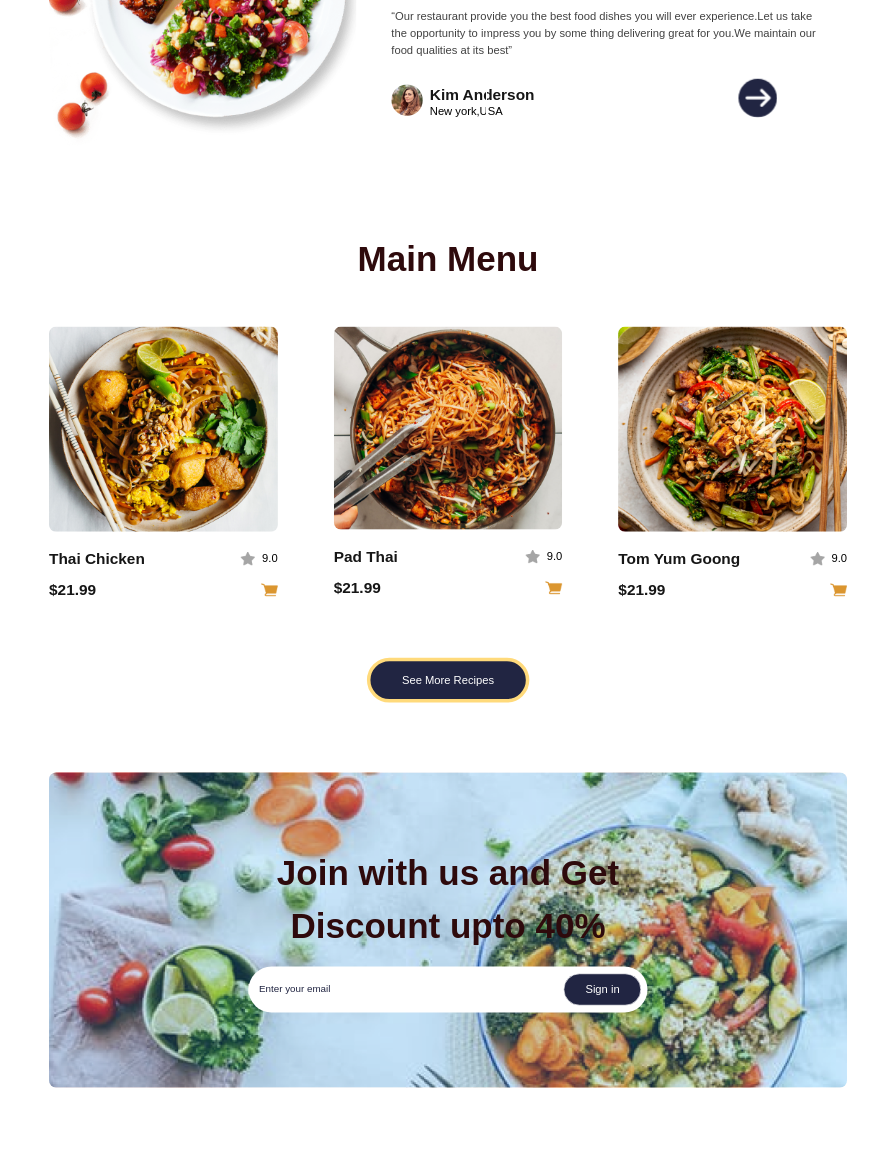
Repository: hoang0508/Figmafood
Page: index.html
These files come from the project's save history. The page is drawn as it stood at one moment and after the next save; the edit follows.
The browser window is 1280 px wide. The pictures show the part of the page from y = 2192 to 4112 px (the page is 3845 px tall before and 4112 px after), at 70% of full size.
Backgrounds fixed to the window are drawn as part of the page. Some web libraries are served in a nearby version. The style sheet was rebuilt from its Sass, Less or Tailwind sources for each picture, by a compiler version that may differ from the author's.

Above is the page before, as saved 2021-11-08 15:46:35.

After the next save:
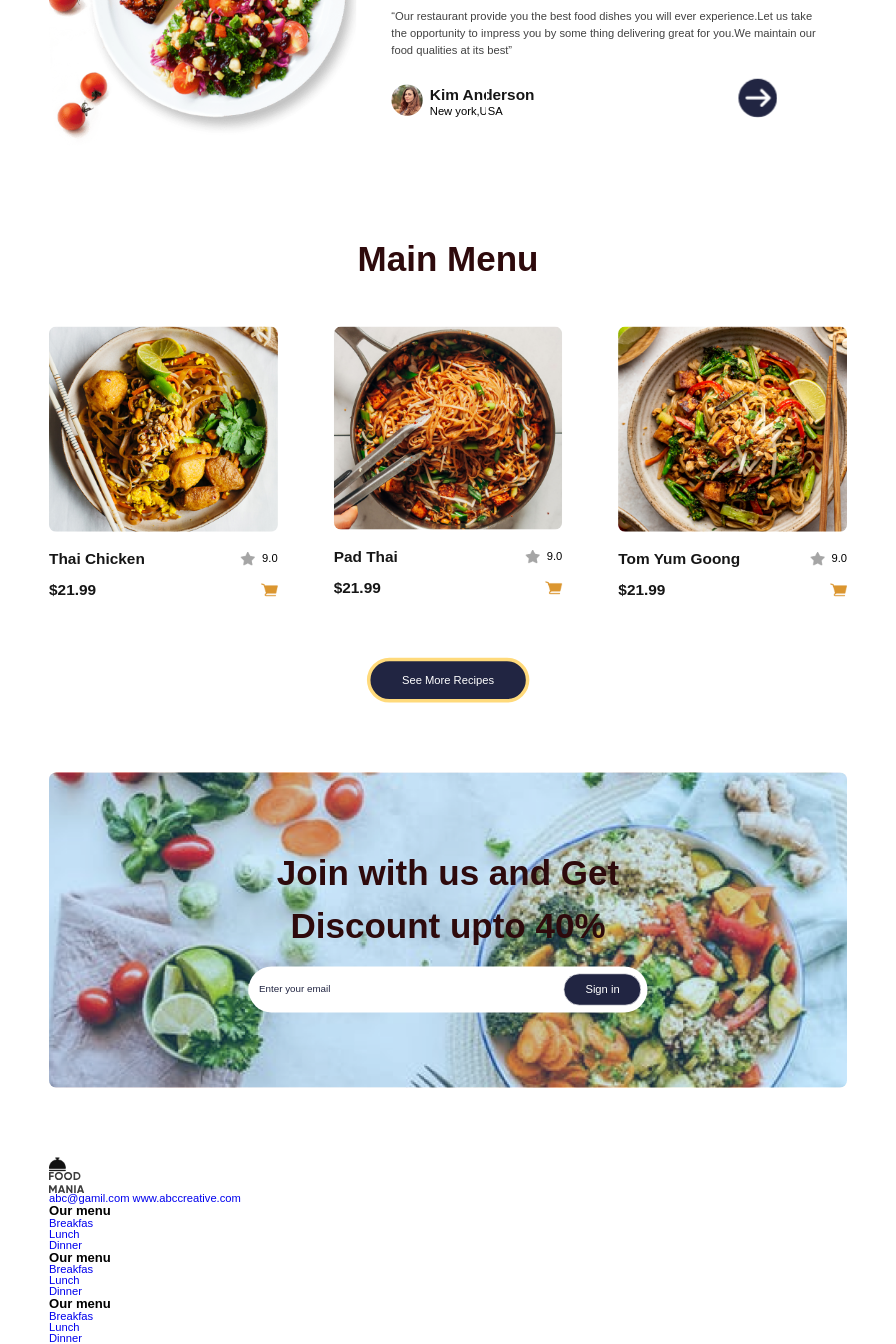
Saved 7 min 45 s later.
--- a/index.html
+++ b/index.html
@@ -330,6 +330,44 @@
           </div>
         </section>
       </main>
+      <footer class="footer">
+        <div class="container">
+          <div class="footer-container">
+            <div class="footer-item">
+              <div class="footer-logo">
+                <img src="./images/logo.png" alt="" />
+                <img src="./images/FOOD MANIA.svg" alt="" />
+              </div>
+              <a href="#" class="footer-gmail"> abc@gamil.com </a>
+              <a href="#" class="footer-ex">www.abccreative.com</a>
+            </div>
+            <div class="footer-item">
+              <h3 class="footer-title">Our menu</h3>
+              <ul class="footer-list">
+                <li><a href="#" class="footer-link">Breakfas</a></li>
+                <li><a href="#" class="footer-link">Lunch</a></li>
+                <li><a href="#" class="footer-link"> Dinner</a></li>
+              </ul>
+            </div>
+            <div class="footer-item">
+              <h3 class="footer-title">Our menu</h3>
+              <ul class="footer-list">
+                <li><a href="#" class="footer-link">Breakfas</a></li>
+                <li><a href="#" class="footer-link">Lunch</a></li>
+                <li><a href="#" class="footer-link"> Dinner</a></li>
+              </ul>
+            </div>
+            <div class="footer-item">
+              <h3 class="footer-title">Our menu</h3>
+              <ul class="footer-list">
+                <li><a href="#" class="footer-link">Breakfas</a></li>
+                <li><a href="#" class="footer-link">Lunch</a></li>
+                <li><a href="#" class="footer-link"> Dinner</a></li>
+              </ul>
+            </div>
+          </div>
+        </div>
+      </footer>
     </div>
 
     <script
